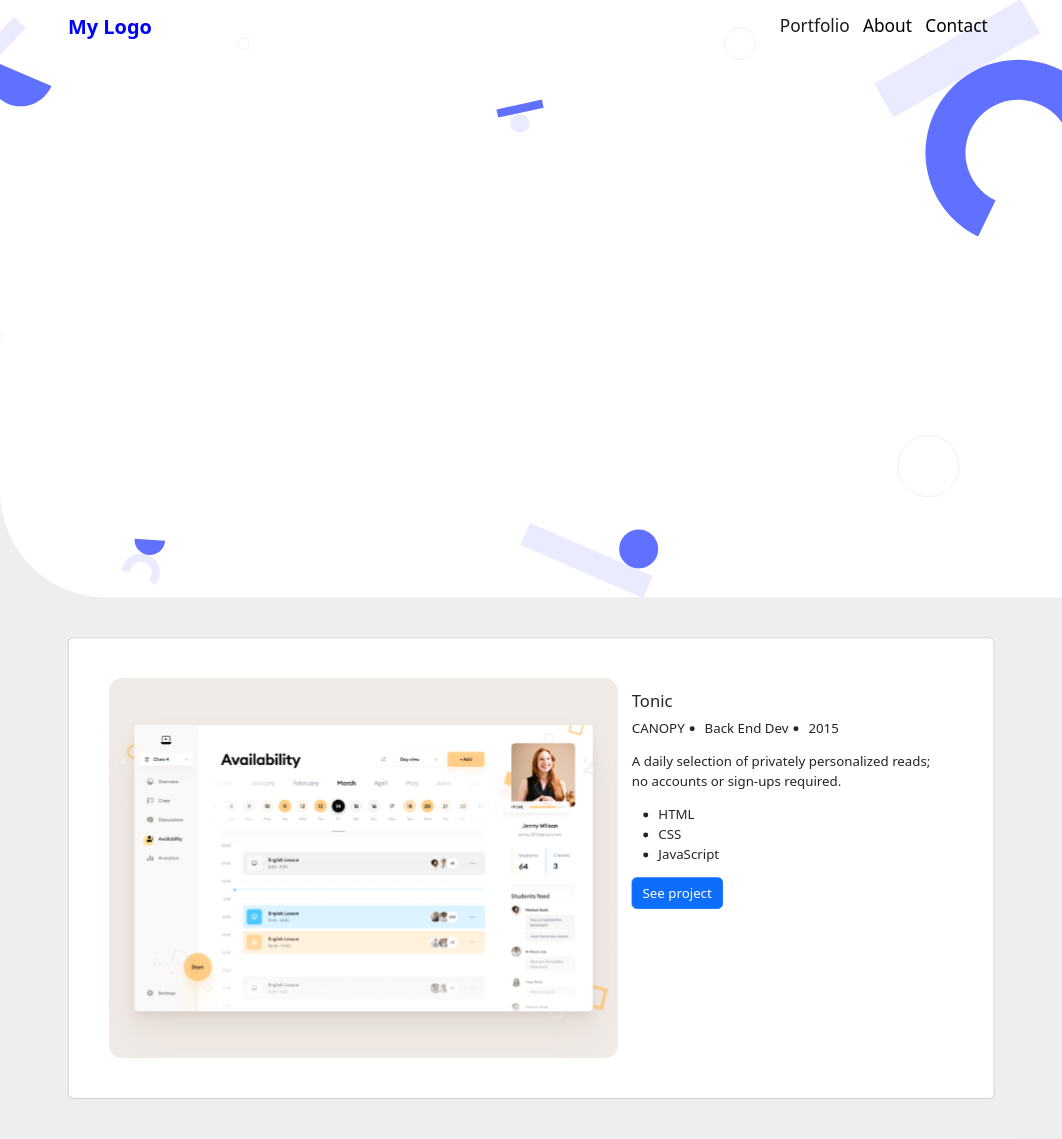
Repository: waelelsafty07/Bootstrap-Portfolio
Page: index.html
An editor plug-in stored every save of this project. The page is shown before and after a run of saves, followed by the edit.
The browser window is 1280 px wide. The pictures show the whole page, at 83% of full size.

Above is the page before, as saved 2023-04-04 16:49:03.

After the next 2 saves:
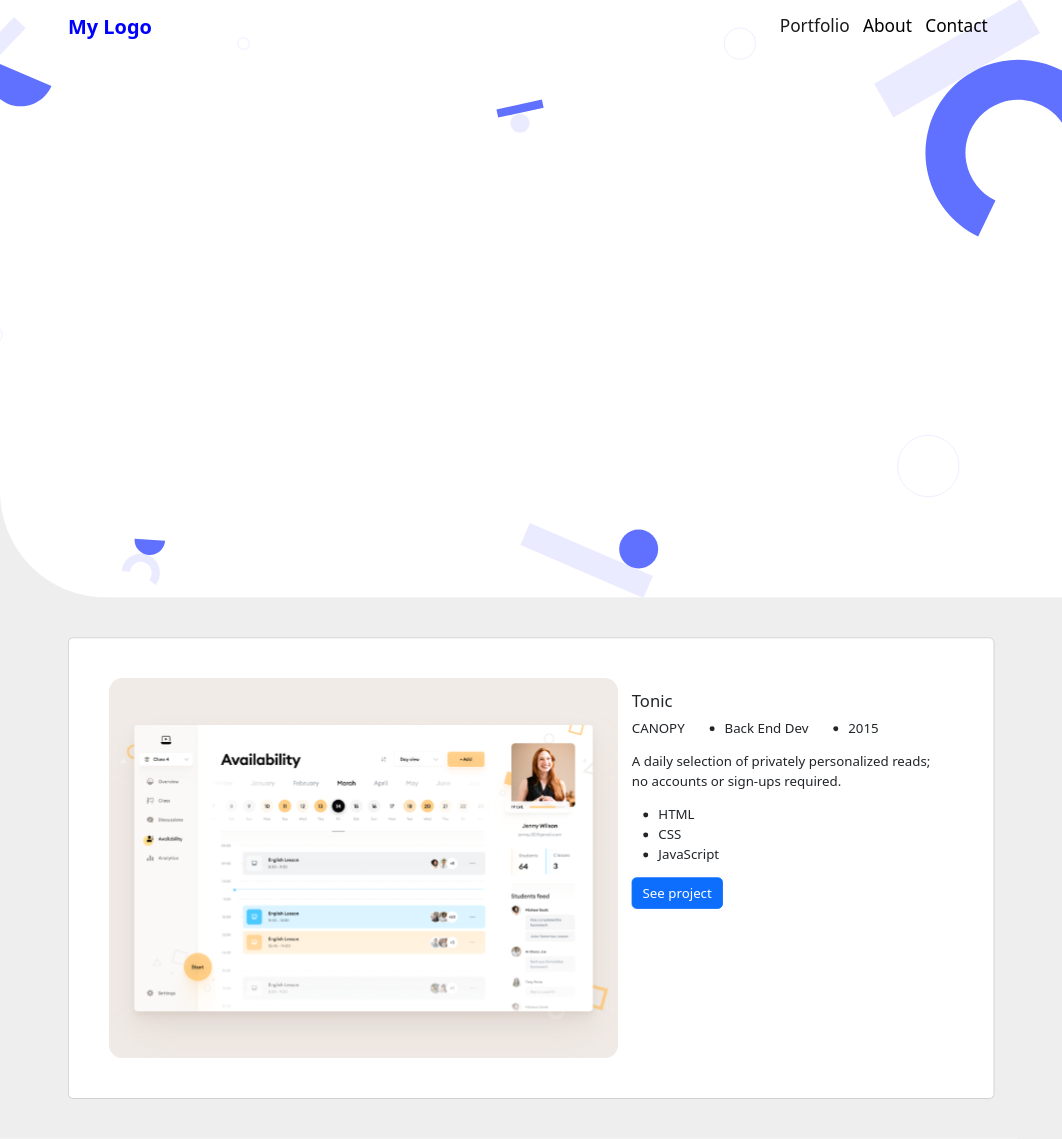
The 2 saves are shown as one change because they came seconds apart.
The last was saved 19 s later.
--- a/index.html
+++ b/index.html
@@ -41,8 +41,8 @@
               <h5 class="card-title">Tonic</h5>
               <ul class="d-flex p-0">
                 <li class="no-style">CANOPY</li>
-                <li class="ms-4">Back End Dev</li>
-                <li class="ms-4">2015</li>
+                <li class="ms-5">Back End Dev</li>
+                <li class="ms-5">2015</li>
               </ul>
               <p class="card-text">A daily selection of privately personalized reads; no accounts or sign-ups required.</p>
               <ul>

After the 2 saves that followed:
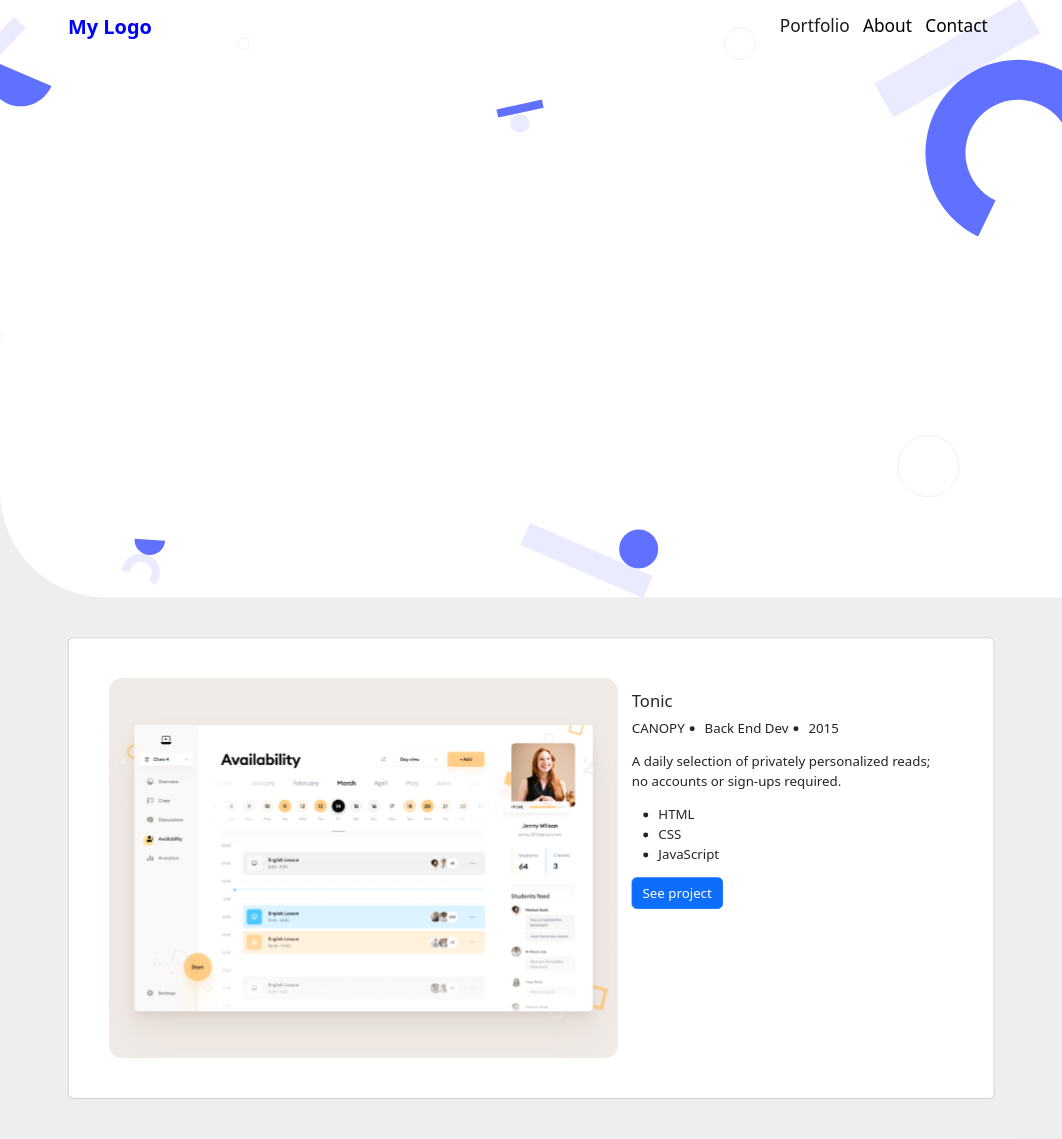
The 2 saves are shown as one change because they came seconds apart.
The last was saved 31 s later.
--- a/index.html
+++ b/index.html
@@ -41,8 +41,8 @@
               <h5 class="card-title">Tonic</h5>
               <ul class="d-flex p-0">
                 <li class="no-style">CANOPY</li>
-                <li class="ms-5">Back End Dev</li>
-                <li class="ms-5">2015</li>
+                <li class="ms-4">Back End Dev</li>
+                <li class="ms-4">2015</li>
               </ul>
               <p class="card-text">A daily selection of privately personalized reads; no accounts or sign-ups required.</p>
               <ul>
